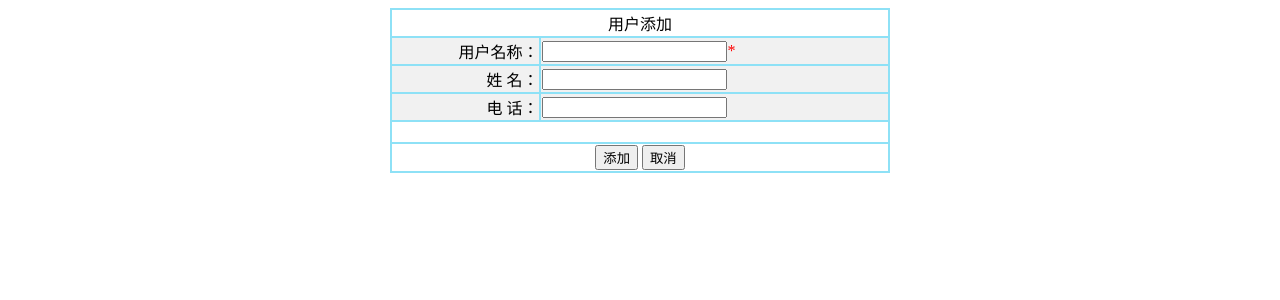
Repository: yuxingyan/OneCrewFlour
Page: http://localhost/Flour/adduser.jsp
The author's editor kept a copy of each file at every save. The page is drawn from the files as they stood at one save, then again after the next save.
The browser window is 1280 px wide. The pictures show the whole page.
The page is served by Tomcat 9. Nobody is signed in. The application's start-up code is not run.

Above is the page before, as saved 2018-01-11 07:31:48.

After the next save:
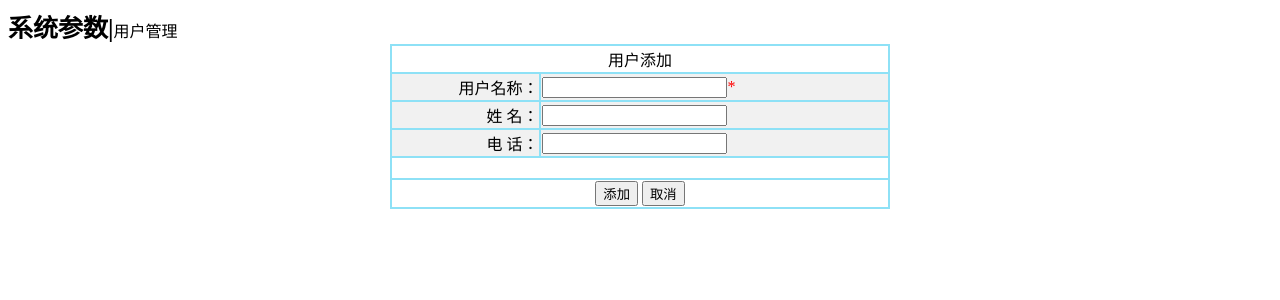
Saved 25 s later.
--- a/Flour/WebRoot/adduser.jsp
+++ b/Flour/WebRoot/adduser.jsp
@@ -54,7 +54,7 @@ String basePath = request.getScheme()+"://"+request.getServerName()+":"+request.
    </script>
   </head>
 
-  <body>
+  <body> <strong style="font-size:25px">系统参数|</strong>用户管理
   <center>
   <form id="form1" name="form1" action="adduser">
 
